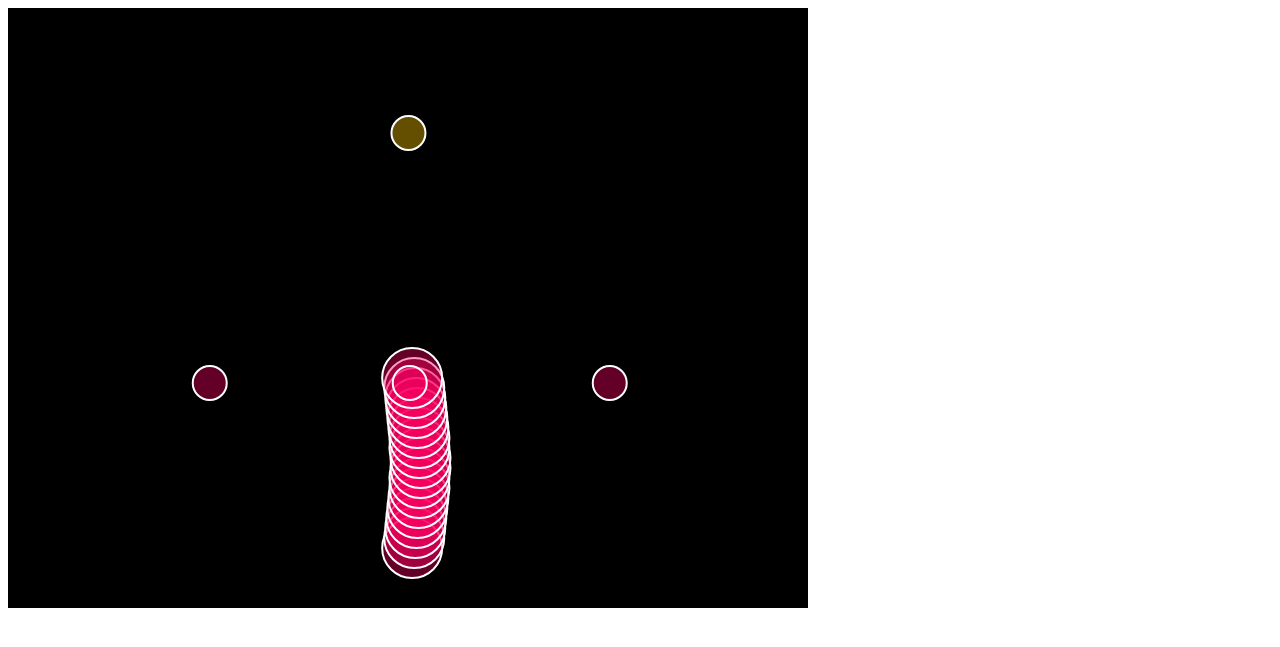
Repository: m0llyc00k/dvia
Page: 01_time/clockindex.html
The author's editor kept a record of every edit. The page is drawn from the files as they stood at one moment, then again after the next edit.
The browser window is 1280 px wide. The pictures show the whole page.

Above is the page before.

### 01_time/clockindex.html

<!DOCTYPE html>
<html lang="en">
  <head>
    <meta charset="UTF-8" />
    <meta http-equiv="X-UA-Compatible" content="IE=edge" />
    <meta name="viewport" content="width=device-width, initial-scale=1.0" />
    <title>Visualizing Time</title>
  </head>
  <body>
    <div id="app"></div>

    <script src="./js/p5.min.js"></script>
    <script src="./js/tweakpane.min.js"></script>
    <script src="./js/day.js"></script>
    <script src="./clock.js"></script>
  </body>
</html>





<!--<html>-->
<!--    <head>-->
<!--        <title>Time</title>-->
<!--    </head>-->
<!--    <body>-->

<!--        <h1 id="clock">Hello, World.</h1>-->

<!--        <script src="https://unpkg.com/dayjs@1.8.21/dayjs.min.js"></script>-->
<!--         <script src="https://unpkg.com/p5"></script>-->
<!--          <script type="text/javascript" src="./app.js"></script>-->
<!--    </body>-->
<!--</html>-->

### 01_time/js/day.js
!(function (t, n) {
  'object' == typeof exports && 'undefined' != typeof module
    ? (module.exports = n())
    : 'function' == typeof define && define.amd
    ? define(n)
    : (t.dayjs = n())
})(this, function () {
  'use strict'
  var t = 'millisecond',
    n = 'second',
    e = 'minute',
    r = 'hour',
    i = 'day',
    s = 'week',
    u = 'month',
    o = 'quarter',
    a = 'year',
    h =
      /^(\d{4})-?(\d{1,2})-?(\d{0,2})[^0-9]*(\d{1,2})?:?(\d{1,2})?:?(\d{1,2})?.?(\d{1,3})?$/,
    f =
      /\[([^\]]+)]|Y{2,4}|M{1,4}|D{1,2}|d{1,4}|H{1,2}|h{1,2}|a|A|m{1,2}|s{1,2}|Z{1,2}|SSS/g,
    c = function (t, n, e) {
      var r = String(t)
      return !r || r.length >= n ? t : '' + Array(n + 1 - r.length).join(e) + t
    },
    d = {
      s: c,
      z: function (t) {
        var n = -t.utcOffset(),
          e = Math.abs(n),
          r = Math.floor(e / 60),
          i = e % 60
        return (n <= 0 ? '+' : '-') + c(r, 2, '0') + ':' + c(i, 2, '0')
      },
      m: function (t, n) {
        var e = 12 * (n.year() - t.year()) + (n.month() - t.month()),
          r = t.clone().add(e, u),
          i = n - r < 0,
          s = t.clone().add(e + (i ? -1 : 1), u)
        return Number(-(e + (n - r) / (i ? r - s : s - r)) || 0)
      },
      a: function (t) {
        return t < 0 ? Math.ceil(t) || 0 : Math.floor(t)
      },
      p: function (h) {
        return (
          { M: u, y: a, w: s, d: i, D: 'date', h: r, m: e, s: n, ms: t, Q: o }[
            h
          ] ||
          String(h || '')
            .toLowerCase()
            .replace(/s$/, '')
        )
      },
      u: function (t) {
        return void 0 === t
      },
    },
    $ = {
      name: 'en',
      weekdays:
        'Sunday_Monday_Tuesday_Wednesday_Thursday_Friday_Saturday'.split('_'),
      months:
        'January_February_March_April_May_June_July_August_September_October_November_December'.split(
          '_'
        ),
    },
    l = 'en',
    m = {}
  m[l] = $
  var y = function (t) {
      return t instanceof v
    },
    M = function (t, n, e) {
      var r
      if (!t) return l
      if ('string' == typeof t) m[t] && (r = t), n && ((m[t] = n), (r = t))
      else {
        var i = t.name
        ;(m[i] = t), (r = i)
      }
      return e || (l = r), r
    },
    g = function (t, n, e) {
      if (y(t)) return t.clone()
      var r = n ? ('string' == typeof n ? { format: n, pl: e } : n) : {}
      return (r.date = t), new v(r)
    },
    D = d
  ;(D.l = M),
    (D.i = y),
    (D.w = function (t, n) {
      return g(t, { locale: n.$L, utc: n.$u, $offset: n.$offset })
    })
  var v = (function () {
    function c(t) {
      ;(this.$L = this.$L || M(t.locale, null, !0)), this.parse(t)
    }
    var d = c.prototype
    return (
      (d.parse = function (t) {
        ;(this.$d = (function (t) {
          var n = t.date,
            e = t.utc
          if (null === n) return new Date(NaN)
          if (D.u(n)) return new Date()
          if (n instanceof Date) return new Date(n)
          if ('string' == typeof n && !/Z$/i.test(n)) {
            var r = n.match(h)
            if (r)
              return e
                ? new Date(
                    Date.UTC(
                      r[1],
                      r[2] - 1,
                      r[3] || 1,
                      r[4] || 0,
                      r[5] || 0,
                      r[6] || 0,
                      r[7] || 0
                    )
                  )
                : new Date(
                    r[1],
                    r[2] - 1,
                    r[3] || 1,
                    r[4] || 0,
                    r[5] || 0,
                    r[6] || 0,
                    r[7] || 0
                  )
          }
          return new Date(n)
        })(t)),
          this.init()
      }),
      (d.init = function () {
        var t = this.$d
        ;(this.$y = t.getFullYear()),
          (this.$M = t.getMonth()),
          (this.$D = t.getDate()),
          (this.$W = t.getDay()),
          (this.$H = t.getHours()),
          (this.$m = t.getMinutes()),
          (this.$s = t.getSeconds()),
          (this.$ms = t.getMilliseconds())
      }),
      (d.$utils = function () {
        return D
      }),
      (d.isValid = function () {
        return !('Invalid Date' === this.$d.toString())
      }),
      (d.isSame = function (t, n) {
        var e = g(t)
        return this.startOf(n) <= e && e <= this.endOf(n)
      }),
      (d.isAfter = function (t, n) {
        return g(t) < this.startOf(n)
      }),
      (d.isBefore = function (t, n) {
        return this.endOf(n) < g(t)
      }),
      (d.$g = function (t, n, e) {
        return D.u(t) ? this[n] : this.set(e, t)
      }),
      (d.year = function (t) {
        return this.$g(t, '$y', a)
      }),
      (d.month = function (t) {
        return this.$g(t, '$M', u)
      }),
      (d.day = function (t) {
        return this.$g(t, '$W', i)
      }),
      (d.date = function (t) {
        return this.$g(t, '$D', 'date')
      }),
      (d.hour = function (t) {
        return this.$g(t, '$H', r)
      }),
      (d.minute = function (t) {
        return this.$g(t, '$m', e)
      }),
      (d.second = function (t) {
        return this.$g(t, '$s', n)
      }),
      (d.millisecond = function (n) {
        return this.$g(n, '$ms', t)
      }),
      (d.unix = function () {
        return Math.floor(this.valueOf() / 1e3)
      }),
      (d.valueOf = function () {
        return this.$d.getTime()
      }),
      (d.startOf = function (t, o) {
        var h = this,
          f = !!D.u(o) || o,
          c = D.p(t),
          d = function (t, n) {
            var e = D.w(h.$u ? Date.UTC(h.$y, n, t) : new Date(h.$y, n, t), h)
            return f ? e : e.endOf(i)
          },
          $ = function (t, n) {
            return D.w(
              h
                .toDate()
                [t].apply(
                  h.toDate(),
                  (f ? [0, 0, 0, 0] : [23, 59, 59, 999]).slice(n)
                ),
              h
            )
          },
          l = this.$W,
          m = this.$M,
          y = this.$D,
          M = 'set' + (this.$u ? 'UTC' : '')
        switch (c) {
          case a:
            return f ? d(1, 0) : d(31, 11)
          case u:
            return f ? d(1, m) : d(0, m + 1)
          case s:
            var g = this.$locale().weekStart || 0,
              v = (l < g ? l + 7 : l) - g
            return d(f ? y - v : y + (6 - v), m)
          case i:
          case 'date':
            return $(M + 'Hours', 0)
          case r:
            return $(M + 'Minutes', 1)
          case e:
            return $(M + 'Seconds', 2)
          case n:
            return $(M + 'Milliseconds', 3)
          default:
            return this.clone()
        }
      }),
      (d.endOf = function (t) {
        return this.startOf(t, !1)
      }),
      (d.$set = function (s, o) {
        var h,
          f = D.p(s),
          c = 'set' + (this.$u ? 'UTC' : ''),
          d = ((h = {}),
          (h[i] = c + 'Date'),
          (h.date = c + 'Date'),
          (h[u] = c + 'Month'),
          (h[a] = c + 'FullYear'),
          (h[r] = c + 'Hours'),
          (h[e] = c + 'Minutes'),
          (h[n] = c + 'Seconds'),
          (h[t] = c + 'Milliseconds'),
          h)[f],
          $ = f === i ? this.$D + (o - this.$W) : o
        if (f === u || f === a) {
          var l = this.clone().set('date', 1)
          l.$d[d]($),
            l.init(),
            (this.$d = l
              .set('date', Math.min(this.$D, l.daysInMonth()))
              .toDate())
        } else d && this.$d[d]($)
        return this.init(), this
      }),
      (d.set = function (t, n) {
        return this.clone().$set(t, n)
      }),
      (d.get = function (t) {
        return this[D.p(t)]()
      }),
      (d.add = function (t, o) {
        var h,
          f = this
        t = Number(t)
        var c = D.p(o),
          d = function (n) {
            var e = g(f)
            return D.w(e.date(e.date() + Math.round(n * t)), f)
          }
        if (c === u) return this.set(u, this.$M + t)
        if (c === a) return this.set(a, this.$y + t)
        if (c === i) return d(1)
        if (c === s) return d(7)
        var $ =
            ((h = {}), (h[e] = 6e4), (h[r] = 36e5), (h[n] = 1e3), h)[c] || 1,
          l = this.$d.getTime() + t * $
        return D.w(l, this)
      }),
      (d.subtract = function (t, n) {
        return this.add(-1 * t, n)
      }),
      (d.format = function (t) {
        var n = this
        if (!this.isValid()) return 'Invalid Date'
        var e = t || 'YYYY-MM-DDTHH:mm:ssZ',
          r = D.z(this),
          i = this.$locale(),
          s = this.$H,
          u = this.$m,
          o = this.$M,
          a = i.weekdays,
          h = i.months,
          c = function (t, r, i, s) {
            return (t && (t[r] || t(n, e))) || i[r].substr(0, s)
          },
          d = function (t) {
            return D.s(s % 12 || 12, t, '0')
          },
          $ =
            i.meridiem ||
            function (t, n, e) {
              var r = t < 12 ? 'AM' : 'PM'
              return e ? r.toLowerCase() : r
            },
          l = {
            YY: String(this.$y).slice(-2),
            YYYY: this.$y,
            M: o + 1,
            MM: D.s(o + 1, 2, '0'),
            MMM: c(i.monthsShort, o, h, 3),
            MMMM: h[o] || h(this, e),
            D: this.$D,
            DD: D.s(this.$D, 2, '0'),
            d: String(this.$W),
            dd: c(i.weekdaysMin, this.$W, a, 2),
            ddd: c(i.weekdaysShort, this.$W, a, 3),
            dddd: a[this.$W],
            H: String(s),
            HH: D.s(s, 2, '0'),
            h: d(1),
            hh: d(2),
            a: $(s, u, !0),
            A: $(s, u, !1),
            m: String(u),
            mm: D.s(u, 2, '0'),
            s: String(this.$s),
            ss: D.s(this.$s, 2, '0'),
            SSS: D.s(this.$ms, 3, '0'),
            Z: r,
          }
        return e.replace(f, function (t, n) {
          return n || l[t] || r.replace(':', '')
        })
      }),
      (d.utcOffset = function () {
        return 15 * -Math.round(this.$d.getTimezoneOffset() / 15)
      }),
      (d.diff = function (t, h, f) {
        var c,
          d = D.p(h),
          $ = g(t),
          l = 6e4 * ($.utcOffset() - this.utcOffset()),
          m = this - $,
          y = D.m(this, $)
        return (
          (y =
            ((c = {}),
            (c[a] = y / 12),
            (c[u] = y),
            (c[o] = y / 3),
            (c[s] = (m - l) / 6048e5),
            (c[i] = (m - l) / 864e5),
            (c[r] = m / 36e5),
            (c[e] = m / 6e4),
            (c[n] = m / 1e3),
            c)[d] || m),
          f ? y : D.a(y)
        )
      }),
      (d.daysInMonth = function () {
        return this.endOf(u).$D
      }),
      (d.$locale = function () {
        return m[this.$L]
      }),
      (d.locale = function (t, n) {
        if (!t) return this.$L
        var e = this.clone(),
          r = M(t, n, !0)
        return r && (e.$L = r), e
      }),
      (d.clone = function () {
        return D.w(this.$d, this)
      }),
      (d.toDate = function () {
        return new Date(this.valueOf())
      }),
      (d.toJSON = function () {
        return this.isValid() ? this.toISOString() : null
      }),
      (d.toISOString = function () {
        return this.$d.toISOString()
      }),
      (d.toString = function () {
        return this.$d.toUTCString()
      }),
      c
    )
  })()
  return (
    (g.prototype = v.prototype),
    (g.extend = function (t, n) {
      return t(n, v, g), g
    }),
    (g.locale = M),
    (g.isDayjs = y),
    (g.unix = function (t) {
      return g(1e3 * t)
    }),
    (g.en = m[l]),
    (g.Ls = m),
    g
  )
})

### 01_time/clock.js


let xpos = 1;
let ypos = 0;

function setup() {
  createCanvas(800, 600);
}
function draw() {
  background(0);
  stroke(255);
  strokeWeight(2);
  firstWorm();

  minuteEllipse();
  hourEllipse()

}

 function firstWorm () {
  ellipse(400 + sin(xpos) * second()*2, 540, 60, 60);
  ellipse(400 + sin(xpos) * second()*3, 530, 60, 60);
  ellipse(400 + sin(xpos) * second()*3.5, 520, 60, 60);
  ellipse(400 + sin(xpos) * second()*4, 510, 60, 60);
  ellipse(400 + sin(xpos) * second()*4.5, 500, 60, 60);
  ellipse(400 + sin(xpos) * second()*5, 490, 60, 60);
  ellipse(400 + sin(xpos) * second()*5.5, 480, 60, 60);
  ellipse(400 + sin(xpos) * second()*5.5, 470, 60, 60);
  ellipse(400 + sin(xpos) * second()*6, 460, 60, 60);
  ellipse(400 + sin(xpos) * second()*6, 450, 60, 60);
  ellipse(400 + sin(xpos) * second()*5.5, 440, 60, 60);
  ellipse(400 + sin(xpos) * second()*5.5, 430, 60, 60);
  ellipse(400 + sin(xpos) * second()*5, 420, 60, 60);
  ellipse(400 + sin(xpos) * second()*4.5, 410, 60, 60);
  ellipse(400 + sin(xpos) * second()*4, 400, 60, 60);
  ellipse(400 + sin(xpos) * second()*3.5, 390, 60, 60);
  ellipse(400 + sin(xpos) * second()*3, 380, 60, 60);
  ellipse(400 + sin(xpos) * second()*2, 370, 60, 60);
  fill(255, 0, 100,100);
  xpos += 0.01;
 }

//   function secondWorm () {
//   ellipse(200 + sin(xpos) * second()*2, 550, 75, 75);
//   ellipse(200 + sin(xpos) * second()*3, 540, 75, 75);
//   ellipse(200 + sin(xpos) * second()*3.5, 530, 75, 75);
//   ellipse(200 + sin(xpos) * second()*4, 520, 75, 75);
//   ellipse(200 + sin(xpos) * second()*4.5, 510, 75, 75);
//   ellipse(200 + sin(xpos) * second()*5, 500, 75, 75);
//   ellipse(200 + sin(xpos) * second()*5.5, 490, 75, 75);
//   ellipse(200 + sin(xpos) * second()*6, 480, 75, 75);
//   ellipse(200 + sin(xpos) * second()*5.5, 470, 75, 75);
//   ellipse(200 + sin(xpos) * second()*5, 460, 75, 75);
//   ellipse(200 + sin(xpos) * second()*4.5, 450, 75, 75);
//   ellipse(200 + sin(xpos) * second()*4, 440, 75, 75);
//   ellipse(200 + sin(xpos) * second()*3.5, 430, 75, 75);
//   ellipse(200 + sin(xpos) * second()*3, 420, 75, 75);
//   ellipse(200 + sin(xpos) * second()*2, 410, 75, 75);
//   fill(255,100,0,100);

// }

//   function thirdWorm () {
//   ellipse(600 + sin(xpos) * second()*2, 550, 60, 60);
//   ellipse(600 + sin(xpos) * second()*3, 540, 60, 60);
//   ellipse(600 + sin(xpos) * second()*3.5, 530, 60, 60);
//   ellipse(600 + sin(xpos) * second()*4, 520, 60, 60);
//   ellipse(600 + sin(xpos) * second()*4.5, 510, 60, 60);
//   ellipse(600 + sin(xpos) * second()*5, 500, 60, 60);
//   ellipse(600 + sin(xpos) * second()*5.5, 490, 60, 60);
//   ellipse(600 + sin(xpos) * second()*6, 480, 60, 60);
//   ellipse(600 + sin(xpos) * second()*5.5, 470, 60, 60);
//   ellipse(600 + sin(xpos) * second()*5, 460, 60, 60);
//   ellipse(600 + sin(xpos) * second()*4.5, 450, 60, 60);
//   ellipse(600 + sin(xpos) * second()*4, 440, 60, 60);
//   ellipse(600 + sin(xpos) * second()*3.5, 430, 60, 60);
//   ellipse(600 + sin(xpos) * second()*3, 420, 60, 60);
//   ellipse(600 + sin(xpos) * second()*2, 410, 60, 60);
//   fill(255, 0, 100, 100);
//   xpos += 0.01;
// }


  function minuteEllipse () {
  ellipse(400 + sin(xpos) * minute(), 375, second(), second());
  ellipse(200 + sin(xpos) * minute(), 375, second(), second());
  ellipse(600 + sin(xpos) * minute(), 375, second(), second());
  fill(255, 200, 0, 100);
  xpos += 0.03;
  }

  function hourEllipse () {
  ellipse(400 + sin(xpos) * hour(), 125, minute(), minute());
  fill(255, 0, 100, 100);
  xpos += 0.03;
  }

Loaded but not shown: 01_time/js/p5.min.js (library); 01_time/js/tweakpane.min.js (library)

After the next edit:
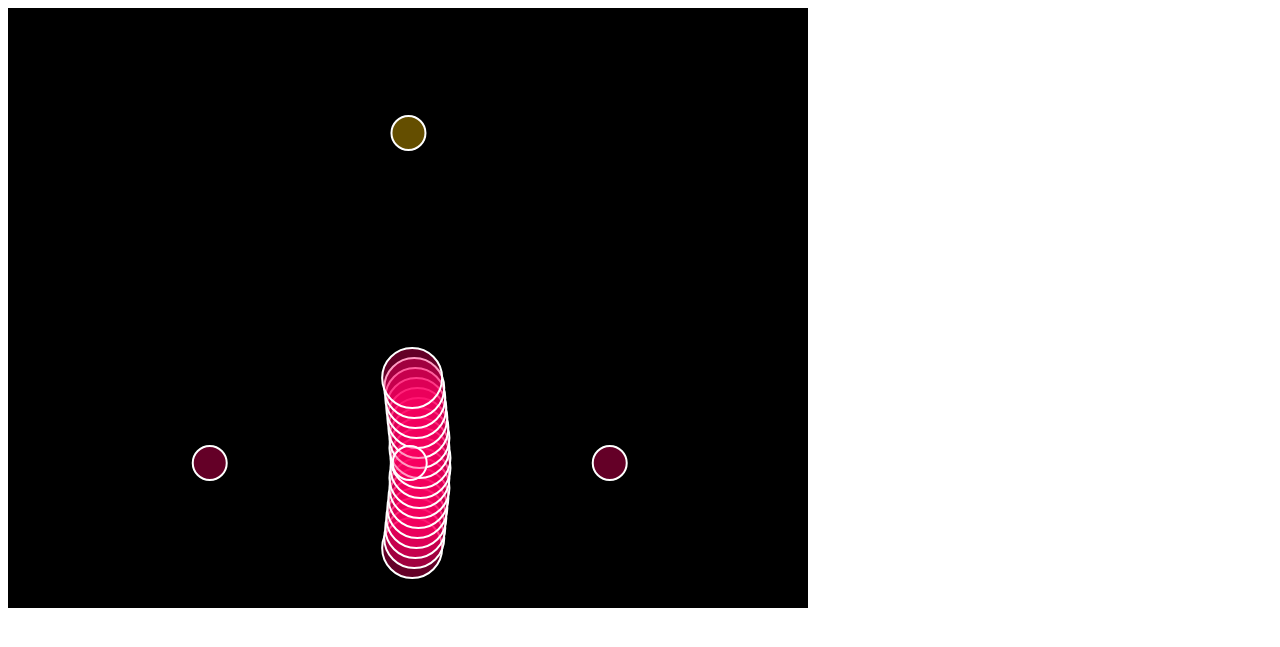
The edit:
--- a/01_time/clock.js
+++ b/01_time/clock.js
@@ -82,9 +82,9 @@
 
 
   function minuteEllipse () {
-  ellipse(400 + sin(xpos) * minute(), 375, second(), second());
-  ellipse(200 + sin(xpos) * minute(), 375, second(), second());
-  ellipse(600 + sin(xpos) * minute(), 375, second(), second());
+  ellipse(400 + sin(xpos) * minute(), 455, second(), second());
+  ellipse(200 + sin(xpos) * minute(), 455, second(), second());
+  ellipse(600 + sin(xpos) * minute(), 455, second(), second());
   fill(255, 200, 0, 100);
   xpos += 0.03;
   }
